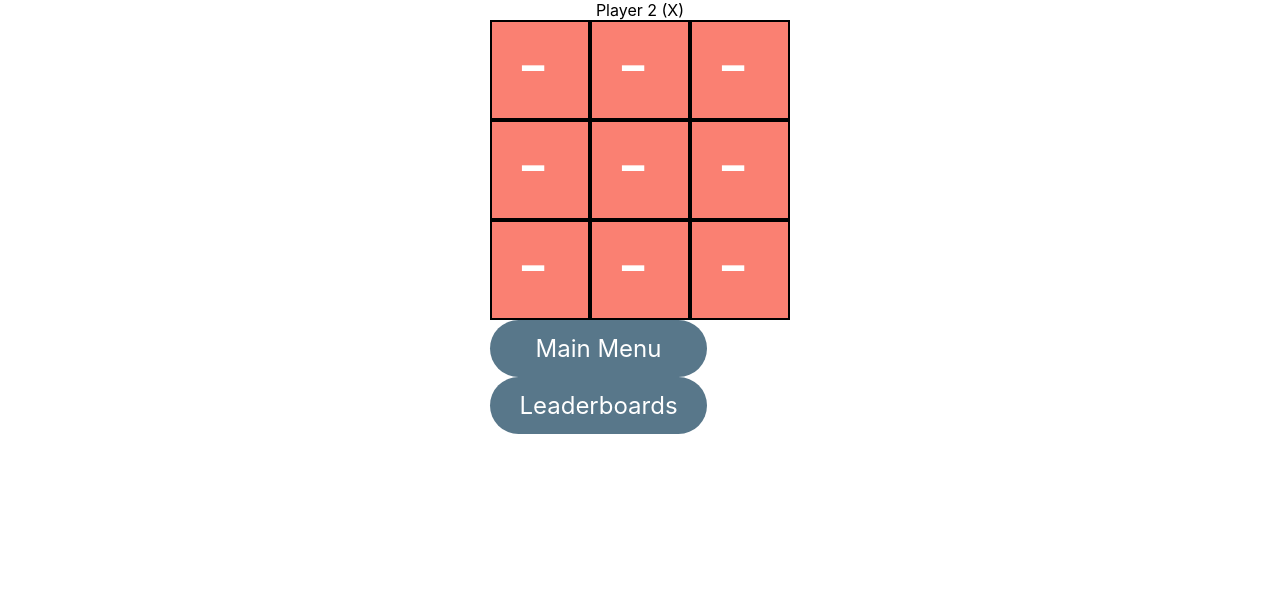
Repository: DawsonGosse/DecisionsGame
Page: /tictacgame (app in web/)
The author's editor kept a copy of each file at every save. The page is drawn from the files as they stood at one save, then again after a run of saves.
The browser window is 1280 px wide. The pictures show the whole page.
The project was rebuilt for these pictures with package versions that can differ from the ones it lists, and the page was loaded fresh each time. The framework's server and built-in components were replaced by stand-ins that run in the browser. Also part of the build but not shown: web/next.config.js.

Above is the page before, as saved 2022-01-14 12:28:00.

### web/pages/tictacgame.js
import Game from "../comps/TicTacToe/Game"

export default function TicTacToe() {

    return(
<div className="MainCont">
<Game/>
</div>
    )
}

### web/styles/globals.css
html,
body {
  padding: 0;
  margin: 0;
  font-family: -apple-system, BlinkMacSystemFont, Segoe UI, Roboto, Oxygen,
    Ubuntu, Cantarell, Fira Sans, Droid Sans, Helvetica Neue, sans-serif;
}

a {
  color: inherit;
  text-decoration: none;
}

* {
  box-sizing: border-box;
}

/*************** TIC TAC TOE ***************/

.MainCont{
  display: flex;
  flex-direction: column;
  justify-content: center;
  align-items: center;
  height: screen;
}

.square{
  display: flex;
  flex-wrap: wrap;
  width: 300px;
  height:300px;
  background-color: aquamarine;
}

.innerSquares{
  background-color: salmon;
  border: 2px black solid;
  width:100px;
  height:100px;
  position: relative;
}

.placeholder{
  position: absolute;
  font-size: 70px;
  color:white;
  margin-left: 25px;
}

### web/comps/TicTacToe/Game.js
import { useState } from "react"
import styled from "styled-components"
import Square from "./Square"
import Button from "../Button"

// Grid/Playing Field
const INITIAL_GRID = [
    ['-','-','-'],
    ['-','-','-'],
    ['-','-','-'],
]

// Page Layout
const Container = styled.div`
    display:flex;
    flex-direction: row;
    justify-content:center;
    align-items:center;
`


//Setup for turns and ending games
const Game = props=>{
    const [grid, setGrid] = useState(INITIAL_GRID)
    const [turn, setTurn] = useState(Math.random()>0.5?
    false:true);
    const [gameEnd, setGameEnd] = useState(false);
    const [gameWinner, setGameWinner] = useState(null);
    /*
    turn = false => player1 (o)
    turn = true =< player2 (x)
    */


// See if lines has 3 in a row
    const checkLines = (newGrid)=>{
        for(let i=0; i<3; i++){
        let o = 0;
        let x = 0;
            for(let j=0; j<3; j++){
                if(newGrid[i][j] === 'X') x++
                if(newGrid[i][j] === 'O') o++;
            }
            if (x === 3){
              return 'X';
            }
            else if(o === 3){
               return 'O';
            }
        }
        return null;
    }

    // See if columns has 3 in a row
    const checkColumns = (newGrid)=>{
        for(let i=0; i<3; i++){
        let x = 0;
        let o = 0;
            for(let j=0; j<3; j++){
                if(newGrid[j][i] === 'X') x++
                else if(newGrid[j][i] === 'O') o++;
            }
            if (x === 3){
              return 'X';
            }
            if(o === 3){
               return 'O';
            }
        }
        return null;
    }

    // See if both directions of diagonal lines have 3 in a row
    const checkDiagonals = (newGrid)=>{
        // First diagonal
        let x = 0;
        let o = 0;
        for(let i=0; i<3; i++){
            if(newGrid[i][i] === 'X') x++
            if(newGrid[i][i] === 'O') o++;
        }
        if ( x === 3) return 'X'
        else if( o === 3) return 'O';
        // Second diagonal
        x,o = 0;
        for(let i=0; i<3; i++){
            if(newGrid[i][2-i] === 'X') x++
            if(newGrid[i][2-i] === 'O') o++;
        }
        if (x === 3) return 'X';
        else if(o === 3) return 'O';

        return null;

    }


    const setValue = (i,j) =>{
        const newGrid = [...grid];
        if(newGrid[i][j]!='-') return;
        newGrid[i][j] = !turn?'O':'X';
        setGrid(newGrid)
        setTurn(!turn)

        /*
        Who is the winner?
        */

       let winner = null;
       winner = checkLines(newGrid);
       console.log(checkLines(newGrid), checkColumns(newGrid)
       ,checkDiagonals(newGrid))
       if(winner === null)  winner = checkColumns(newGrid);
       if(winner === null)  winner = checkDiagonals(newGrid);

       if(winner){
           setGameEnd(true);
           setGameWinner(winner)
           setGrid(INITIAL_GRID);
        }
    }



    return(
        <>
        {
            gameEnd?(
                <div>
                    the {gameWinner==='X'?'Player 1 (X)':'Player 2 (O)'} Won The Game!
                    </div>
            ):(
                <div>
                    {!turn?"Player 1 (O) :":"Player 2 (X)"}
                </div>
            )
        }
        <Container>
            <div className="square">
                    {
                        grid.map((gLine, i)=>{
                            return(
                                gLine.map((el,j)=>{
                                    return(
                                        <Square
                                        label = {el}
                                        i={i}
                                        j={j}
                                        setValue={setValue}
                                        />
                                    )
                                })
                            )
                        })
                    }
                    <Button text="Main Menu" routeTo="/"></Button>
                    <Button text="Leaderboards" routeTo="/leaderboard"></Button>
                    <br></br>
            </div>
            </Container>
        </>
    )
}

export default Game;

### web/comps/TicTacToe/Square.js
import React from "react";
import styled from "styled-components";


const Square = ({label,i,j,setValue})=>{
    return(

        <div className="innerSquares" onClick={()=>setValue(i,j)}>
            <div className="placeholder">
                {label}
            </div>
        </div>
    )
}

export default Square;

### web/comps/Button/index.js
import React from 'react';
import styled from 'styled-components';
import {useRouter} from 'next/router';

const Container = styled.div`
    display: flex;
    justify-content: center;
    align-items: center;
    width: 217px;
    height: 57px;
    background-color: ${props=>props.bgcolor};
    border-radius: 28.5px;
`

const TextCont = styled.div`
    font-size: 24px;
    color: #FFFFFF;
    text-align: center;
`

const Button = ({
    bgcolor='#58778A',
    text="Start Game",
    routeTo="/rpsgame",

}) => {

    const router = useRouter();

    return <Container bgcolor={bgcolor} onClick={()=>router.push(routeTo)}>
        <TextCont>{text}</TextCont>
    </Container>
}

export default Button;

Loaded but not shown: web/pages/_app.js (common file)

After the next 4 saves:
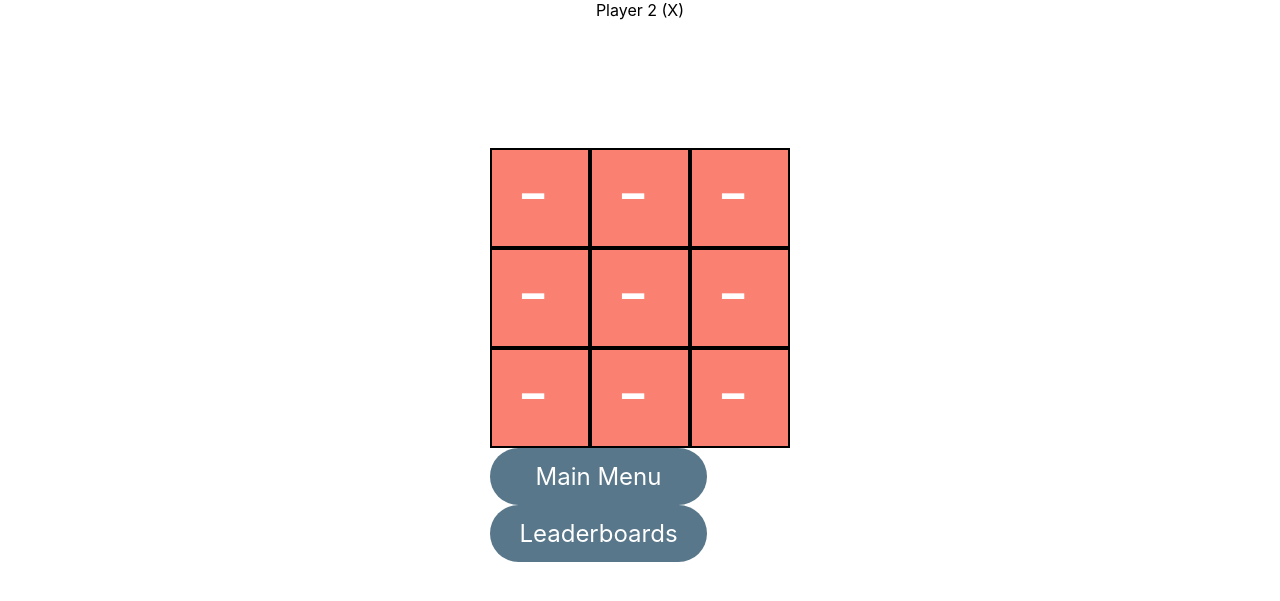
The 4 saves are shown as one change because they came seconds apart.
The last was saved 26 s later.
--- a/web/comps/TicTacToe/Game.js
+++ b/web/comps/TicTacToe/Game.js
@@ -13,9 +13,7 @@
 // Page Layout
 const Container = styled.div`
     display:flex;
-    flex-direction: row;
-    justify-content:center;
-    align-items:center;
+    margin-top: 10%;
 `
 
 

After the save that followed:
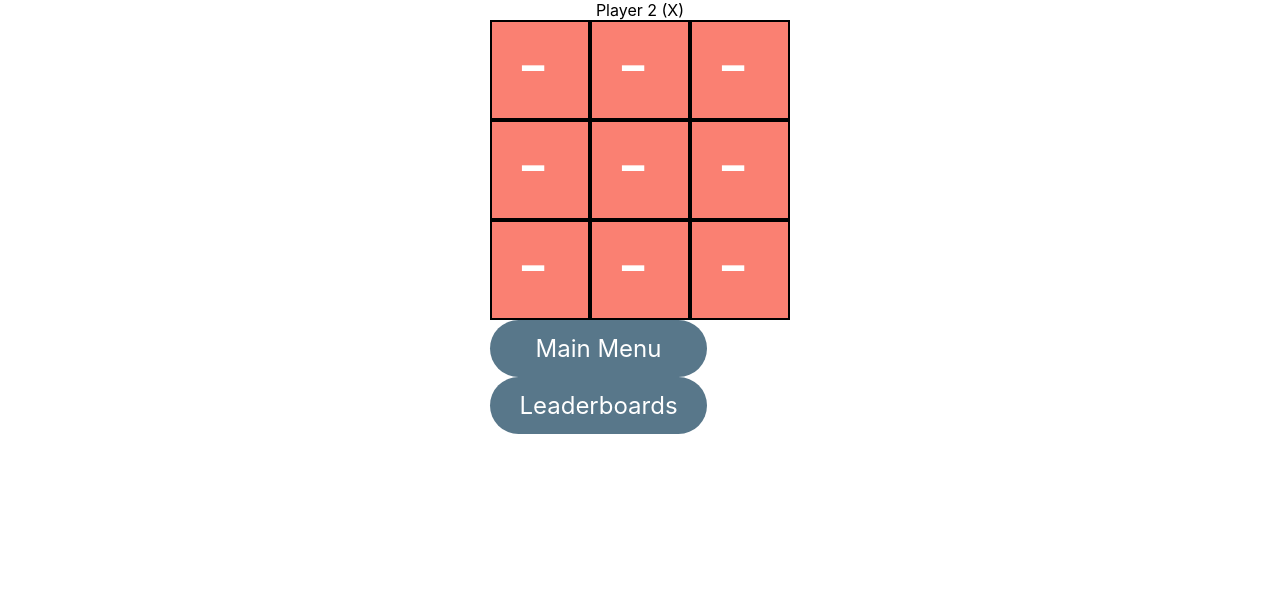
Saved 6 s later.
--- a/web/comps/TicTacToe/Game.js
+++ b/web/comps/TicTacToe/Game.js
@@ -13,7 +13,7 @@
 // Page Layout
 const Container = styled.div`
     display:flex;
-    margin-top: 10%;
+    margin-top: ;
 `
 
 
